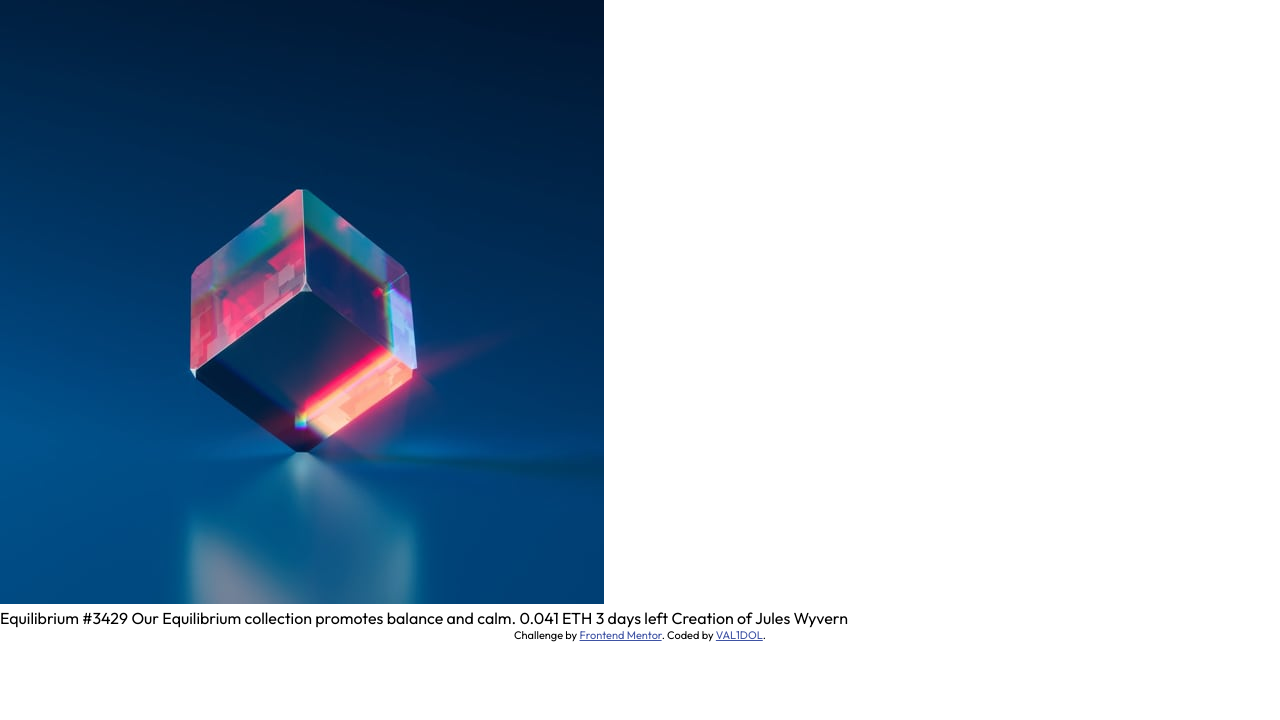
Repository: VAL1DOL-web/fm-NFT-preview-card-component
Page: index.html
An editor plug-in stored every save of this project. The page is shown before and after the next save, followed by the edit.
The browser window is 1280 px wide. The pictures show the whole page.

Above is the page before, as saved 2024-01-07 14:57:33.

### index.html
<!DOCTYPE html>
<html lang="en">
<head>
  <meta charset="UTF-8">
  <meta name="viewport" content="width=device-width, initial-scale=1.0"> <!-- displays site properly based on user's device -->

  <link rel="icon" type="image/png" sizes="32x32" href="./images/favicon-32x32.png">
  <link rel="stylesheet" href="style.css">

  <title>NFT preview card component</title>

  <!-- Feel free to remove these styles or customise in your own stylesheet 👍 -->
  <style>
    .attribution { font-size: 11px; text-align: center; }
    .attribution a { color: hsl(228, 45%, 44%); }
  </style>
</head>
<body>
  <div class="container">
    <img src="images/image-equilibrium.jpg" alt="">
  </div>

  Equilibrium #3429

  Our Equilibrium collection promotes balance and calm.

  0.041 ETH
  3 days left

  Creation of Jules Wyvern

  <div class="attribution">
    Challenge by <a href="https://www.frontendmentor.io?ref=challenge" target="_blank">Frontend Mentor</a>.
    Coded by <a href="https://github.com/VAL1DOL-web">VAL1DOL</a>.
  </div>
</body>
</html>

### style.css
@import url('https://fonts.googleapis.com/css2?family=Outfit:wght@300;400;600&display=swap');

* {
    font-family: 'Outfit', sans-serif;
    margin: 0;
    padding: 0;
    box-sizing: border-box;
  }

After the next save:
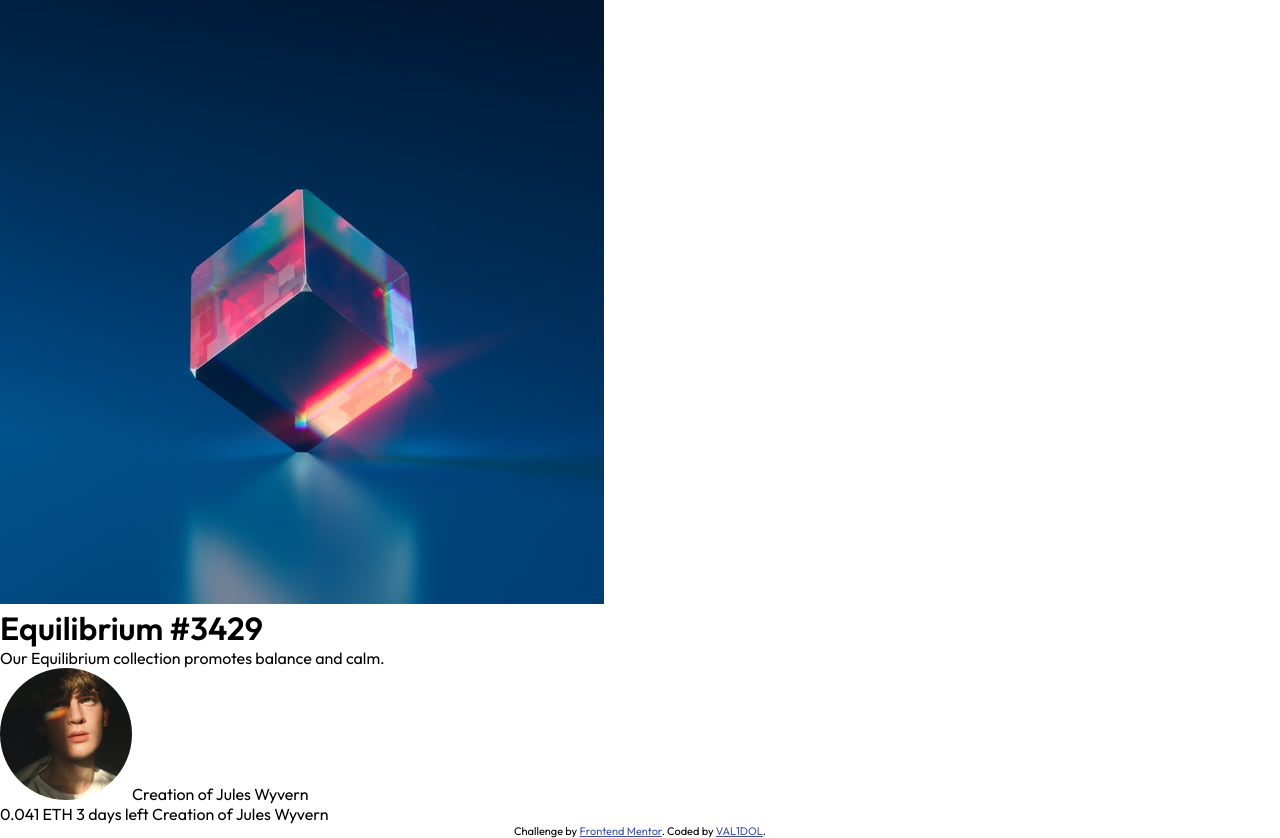
Saved 77 s later.
--- a/index.html
+++ b/index.html
@@ -18,11 +18,14 @@
 <body>
   <div class="container">
     <img src="images/image-equilibrium.jpg" alt="">
+    <h1>Equilibrium #3429</h1>
+    <p>Our Equilibrium collection promotes balance and calm.</p>
+
+
+    <p class="avatar">
+      <img src="/images/image-avatar.png" alt="" />Creation of Jules Wyvern
+    </p>
   </div>
-
-  Equilibrium #3429
-
-  Our Equilibrium collection promotes balance and calm.
 
   0.041 ETH
   3 days left
